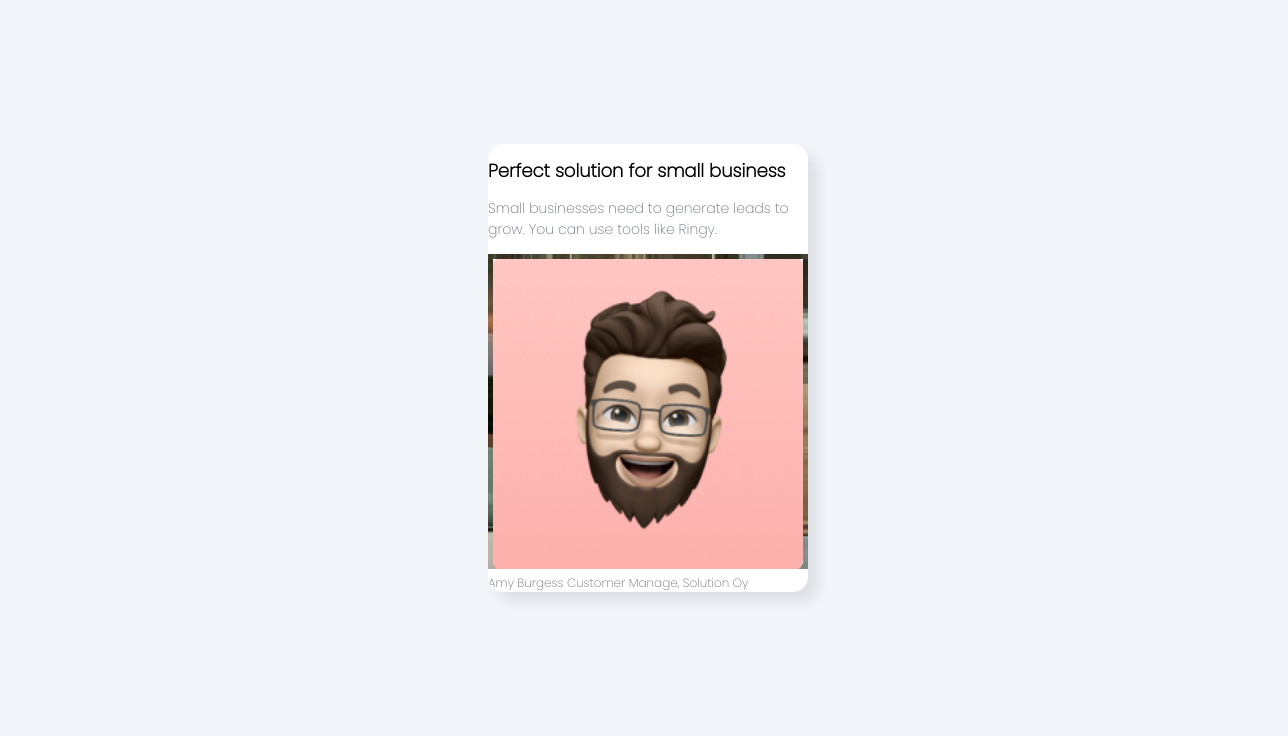
Repository: massndongo/business-blog-card
Page: index.html
An editor plug-in stored every save of this project. The page is shown before and after a run of saves, followed by the edit.
The browser window is 1280 px wide. The page is 1288 px wide, so the pictures cover 1288 px, including what lies to the right of the window. The pictures show the whole page.

Above is the page before, as saved 2023-11-08 03:15:59.

After the next 2 saves:
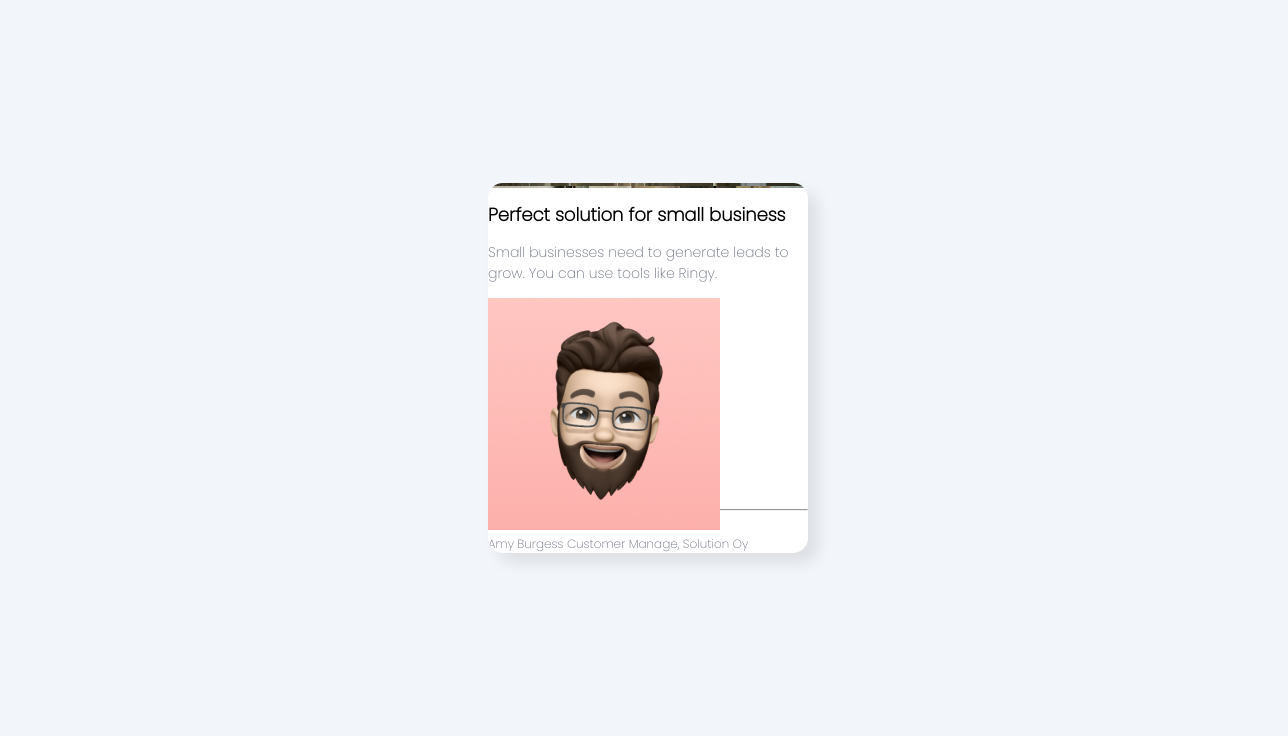
The 2 saves are shown as one change because they came seconds apart.
The last was saved 11 s later.
--- a/css/styles.css
+++ b/css/styles.css
@@ -26,7 +26,7 @@
     height: auto;
     border-radius: 15px;
 }
-.card img{
+.imgB{
     width: 100%;
     border-radius: 10px;
 

After the 6 saves that followed:
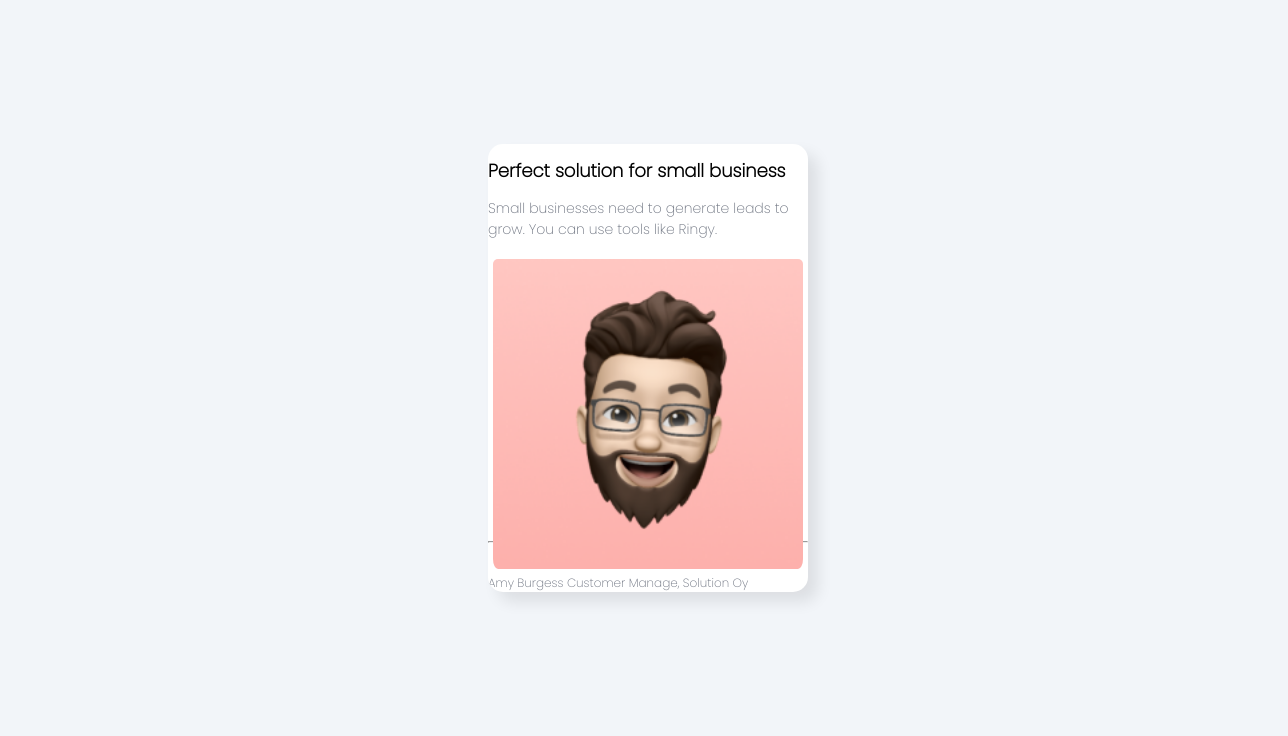
Not found: css/imags
The 6 saves are shown as one change because 3 left the picture as it was and some came seconds apart.
The last was saved 64 s later.
--- a/css/styles.css
+++ b/css/styles.css
@@ -26,14 +26,14 @@
     height: auto;
     border-radius: 15px;
 }
-.imgB{
+.card img{
     width: 100%;
     border-radius: 10px;
 
     border-top: 5px solid transparent;
     border-left: 5px solid transparent;
     border-right: 5px solid transparent;
-    border-image: url('../images/hero-image-business-card.png') 30 round; /* Remplacez 'chemin-vers-votre-image-wavy.png' par le chemin de votre image d'onde */
+    border-image: url('imags') 30 round; /* Remplacez 'chemin-vers-votre-image-wavy.png' par le chemin de votre image d'onde */
     border-image-slice: 1;
     border-image-width: 5px;
 }
